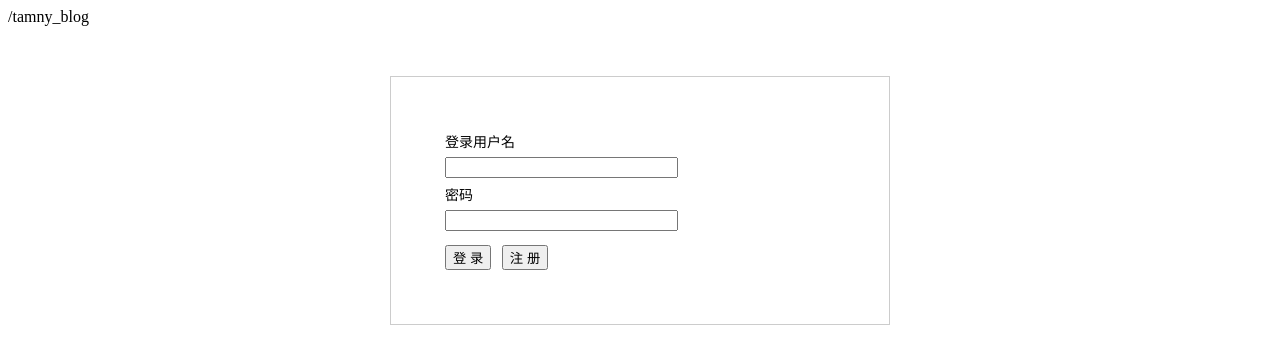
Repository: tangqingyun/java
Page: http://localhost/tamny_blog/Login.jsp
An editor plug-in stored every save of this project. The page is shown before and after the next save, followed by the edit.
The browser window is 1280 px wide. The pictures show the whole page.
The page is served by Tomcat 9. Nobody is signed in. The application's start-up code is not run. Other server files are loaded and not shown.

Above is the page before, as saved 2015-01-20 01:56:19.

### tamny_blog/WebContent/Login.jsp
<%@ page language="java" import="java.util.*" pageEncoding="UTF-8"%>
<%@ page import="java.sql.*"%>
<%@ page import="com.data.*"%>
<%@ include file="BasePage.jsp"%>

<!DOCTYPE html PUBLIC "-//W3C//DTD HTML 4.01 Transitional//EN" "http://www.w3.org/TR/html4/loose.dtd">
<html>
<head>
<meta http-equiv="Content-Type" content="text/html; charset=ISO-8859-1">
<title>用户登录</title>
<link href="css/main.css" rel="stylesheet" />
</head>
<%
	//request.setCharacterEncoding("UTF-8");//设置编码

	/*try {
		String driver = "com.mysql.jdbc.Driver";//驱动程序名
		String url = "jdbc:mysql://192.168.7.87:3306/blogs";//URL指向要访问的数据库名mysql
		String user = "admin";
		String password = "123456";

		IDatabase db = new Database(driver, url, user, password);
		String sql="INSERT INTO users(name,password) values(?,?)";
		db.executeSQL(sql,"test02","123456");


	} catch (Exception ex) {
		out.println("Error : " + ex.toString());
	}

	String uname = request.getParameter("userName");
	String upwd = request.getParameter("userPwd");
	if (uname != null && upwd != null) {

		out.print(uname);
	}*/
%>
<body>
${pageContext.request.contextPath}
	<form action="/sln_struts2/blogs/LoginAction.action" method="post">
		<table id="table_01">
			<tr>
				<td>登录用户名</td>
			</tr>
			<tr>
				<td><input type="text" name="userName" size="26" /></td>
			</tr>
			<tr>
				<td>密码</td>
			</tr>
			<tr>
				<td><input type="text" name="userPwd" size="26" /></td>
			</tr>
			<tr>
				<td style="padding-top: 10px;"><input type="submit"
					name="submit" value="登 录" />&nbsp;&nbsp; <input type="button"
					name="submit" value="注 册" onclick="location.href='Reg.jsp'" /></td>
			</tr>
		</table>
	</form>
</body>
</html>

### tamny_blog/WebContent/BasePage.jsp
<%@ page language="java" import="java.util.*" pageEncoding="UTF-8"%>

<%
	request.setCharacterEncoding("UTF-8");//设置编码
%>

### tamny_blog/WebContent/css/main.css
@CHARSET "UTF-8";
table{

font-size:14px;
}
table tr td{padding:2px;}

#table_01{

	border:1px solid #ccc;width:500px;margin:0 auto;padding:50px;background:white;margin-top:50px;
}

After the next save:
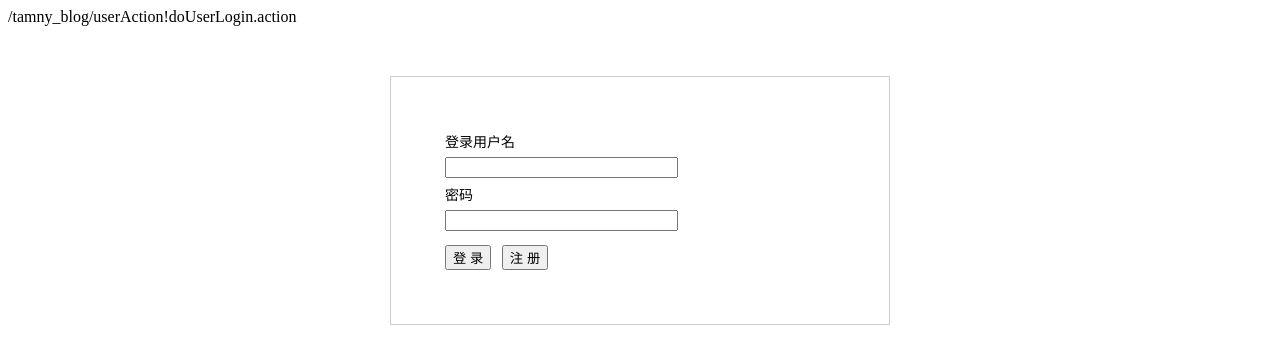
Saved 84 s later.
--- a/tamny_blog/WebContent/Login.jsp
+++ b/tamny_blog/WebContent/Login.jsp
@@ -36,7 +36,7 @@
 	}*/
 %>
 <body>
-${pageContext.request.contextPath}
+${pageContext.request.contextPath}/userAction!doUserLogin.action
 	<form action="/sln_struts2/blogs/LoginAction.action" method="post">
 		<table id="table_01">
 			<tr>
